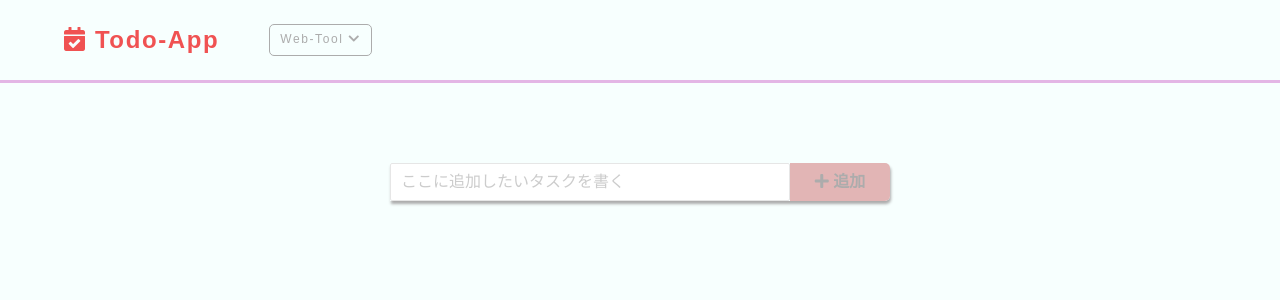
Repository: Hiroshii-m/todo_vue
Page: index.html
An editor plug-in stored every save of this project. The page is shown before and after the next save, followed by the edit.
The browser window is 1280 px wide. The pictures show the whole page.
The style sheet was rebuilt from its Sass, Less or Tailwind sources for each picture, by a compiler version that may differ from the author's.

Above is the page before, as saved 2021-06-26 18:35:12.

### index.html
<!DOCTYPE html>
<html lang="ja">
<head>
    <meta charset="UTF-8">
    <meta http-equiv="X-UA-Compatible" content="IE=edge">
    <meta name="viewport" content="width=device-width, initial-scale=1.0">
    <link rel="stylesheet" href="node_modules/@fortawesome/fontawesome-free/css/all.css">
    <link rel="stylesheet" href="dist/css/style.css">
    <title>TODO APP Vue</title>
</head>
<body class="u-bgColor-base">

    <!-- header -->
    <header id="l-header" class="u-border-bottom">
        <div class="c-header">
            <h2 class="c-header__home">
                <i class="fas fa-calendar-check"></i>
                <a class="c-header__text" href="">Todo-App</a>
            </h2>
            <h3 class="c-header__other">
                Web-Tool
                <i class="fas fa-chevron-down"></i>
            </h3>
        </div>
    </header><!-- /header -->

    <!-- main -->
    <section id="l-main">
        <div class="c-main">
            <div id="l-addTask">
                <div class="c-addTask">
                    <input type="text" class="c-addTask__input" placeholder="ここに追加したいタスクを書く">
                    <button class="c-addTask__add">
                        <i class="fas fa-plus"></i>
                        追加
                    </button>
                </div>
            </div>
            <div id="l-search"></div>
            <div id="l-list"></div>
        </div>
    </section>
    <!-- /main -->

</body>
</html>

### src/scss/style.scss

// ======================================
// foundation
// ======================================
@use 'foundation/reset';
@use 'foundation/variables';
@use 'foundation/base';
// ======================================
// layout
// ======================================
#l-header {
    width: 100%;
}
#l-main {
    padding: 80px;
}
// ======================================
// object
// ======================================
// Component
// **************************************
.c-header {
    width: 90%;
    height: 80px;
    margin: 0 auto;
    display: flex;
    align-items: center;
    &__home {
        margin-right: 50px;
        font-weight: bold;
        color: var(--color_red);
        font-size: var(--font-size_xl);
    }
    &__other {
        font-size: var(--font-size_s);
        padding: var(--space_s) var(--space_m);
        border: 1px solid var(--font-color_default);
        border-radius: 5px;
        cursor: pointer;
    }
}
.c-main {
    width: var(--site-width_xxl);
    margin: 0 auto;
}
.c-addTask {
    display: flex;
    max-width: 500px;
    margin: 0 auto;
    border-radius: 0 5px 5px 0;
    box-shadow: 1px 3px 3px 0px;
    overflow: hidden;
    &__input {
        width: 80%;
        padding: 5px 10px;
        border: 1px solid var(--border-color_default);
        border-radius: 2px;
    }
    &__add {
        width: 20%;
        text-align: center;
        background: var(--color_pink);
        padding: var(--space_s) var(--space_m);
        font-weight: bold;
    }
}
// Project
// **************************************
// Utility
// **************************************
.u-border {
    &-bottom {
        border-bottom: 3px solid var(--color_accent);
    }
}
.u-bgColor {
    &-base {
        background: var(--color_base);
    }
}

### src/scss/foundation/_variables.scss
:root {
    --font-color_default: #acacac;
    --color_base: #F7FFFE;
    --color_accent: #E3B6E5;
    --color_green: #C3E8C7;
    --color_sky: #C8E4F4;
    --color_red: #F05252;
    --color_blue: #25A1EF;
    --color_pink: #e2b5b5;
    --border-color_default: #E6E6E6;


    --site-width_xxl: 780px;
    --site-width_xl: 680px;
    --site-width_md: 580px;
    --site-width_ms: 414px;

    --font-size_s: 12px;
    --font-size_m: 14px;
    --font-size_default: 16px;
    --font-size_l: 18px;
    --font-size_xl: 24px;
    --font-size_xxl: 28px;
    --font-size_3l: 38px;


    --space_s: 5px;
    --space_m: 10px;
    --space_l: 15px;
    --space_xl: 20px;
    --space_xxl: 30px;
    --space_3l: 40px;

    --font-family_default: "メイリオ", sans-serif;
}

### src/scss/foundation/_base.scss
html, body {
    width: 100%;
    color: var(--font-color_default);
    line-height: 1.6;
    font-family: var(--font-family_default);
    letter-spacing: 0.1em;
}

p, a {
    -webkit-font-smoothing: antialiased;
}

img {
    width: 100%;
    height: 100%;
    vertical-align: bottom;
    object-fit: cover;
}

input {
    display: block;
    width: 100%;
    background: #fff;
}

textarea {
    resize: vertical;
    height: 30px;
}

::placeholder {
    color: #ccc;
}

iframe {
    width: 100%;
}

i {
    cursor: pointer;
}

Loaded but not shown: node_modules/@fortawesome/fontawesome-free/css/all.css (library); src/scss/foundation/_reset.scss (common file)

After the next save:
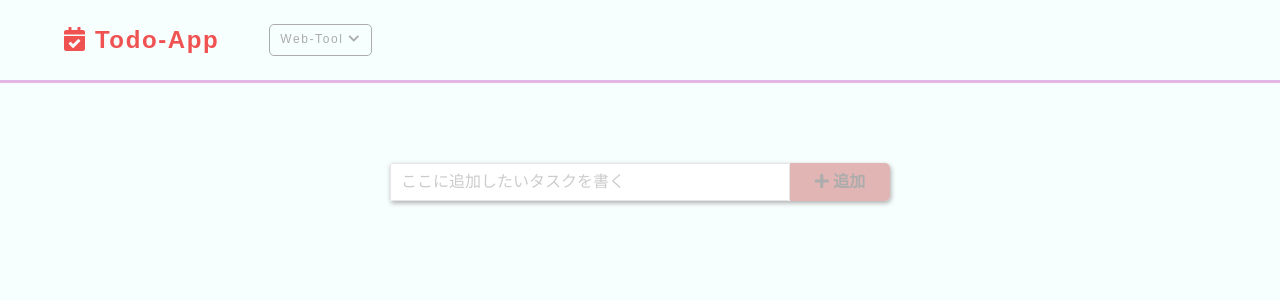
Saved 8 s later.
--- a/src/scss/style.scss
+++ b/src/scss/style.scss
@@ -48,7 +48,7 @@
     max-width: 500px;
     margin: 0 auto;
     border-radius: 0 5px 5px 0;
-    box-shadow: 1px 3px 3px 0px;
+    box-shadow: 1px 2px 5px 0px;
     overflow: hidden;
     &__input {
         width: 80%;
